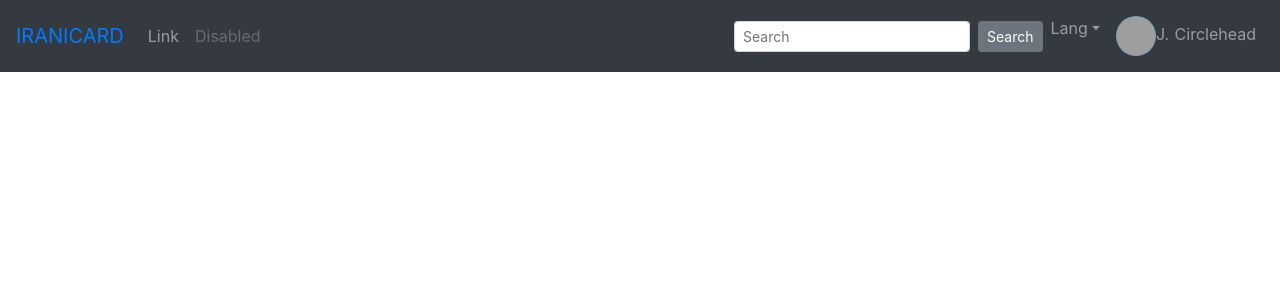
Repository: hosseinemami1370/iranicard
Page: /user
These files come from the project's save history. The page is drawn as it stood at one moment and after the next save; the edit follows.
The browser window is 1280 px wide. The pictures show the whole page.
Pictures or frames that could not be fetched are drawn as grey boxes. The page's requests for data from a server got no answer. The project was rebuilt for these pictures with package versions that can differ from the ones it lists, and the page was loaded fresh each time. The framework's server and built-in components were replaced by stand-ins that run in the browser. No one was signed in, and anything a server would have sent is missing. Also part of the build but not shown: nuxt.config.js, components/Header.vue, components/Logo.vue, components/UI/AppButton.vue, layouts/admin.vue, layouts/error.vue.

Above is the page before, as saved 2021-03-15 13:52:14.

After the next save:
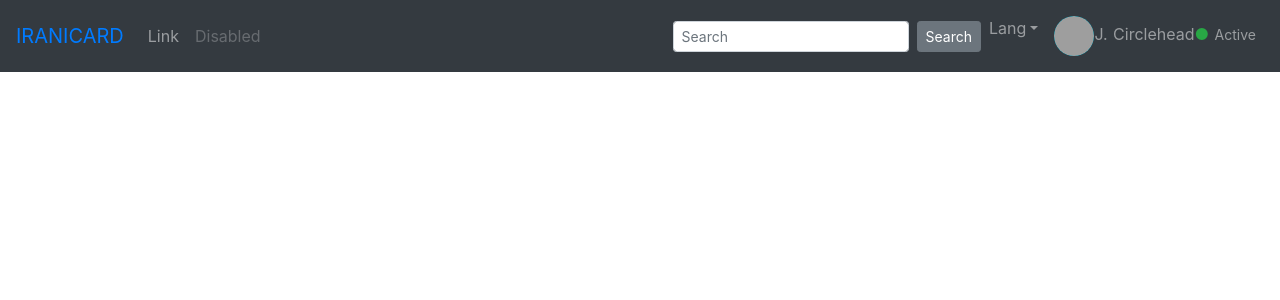
Saved 47 s later.
--- a/components/navigation/Header.vue
+++ b/components/navigation/Header.vue
@@ -39,6 +39,8 @@
         <b-nav-item>
           <b-avatar variant="info" src="https://placekitten.com/300/300"></b-avatar>
           <span class="mr-auto">J. Circlehead</span>
+          <span class="text-success">● </span>
+      <small>Active</small>
         </b-nav-item>
       </b-navbar-nav>
 
